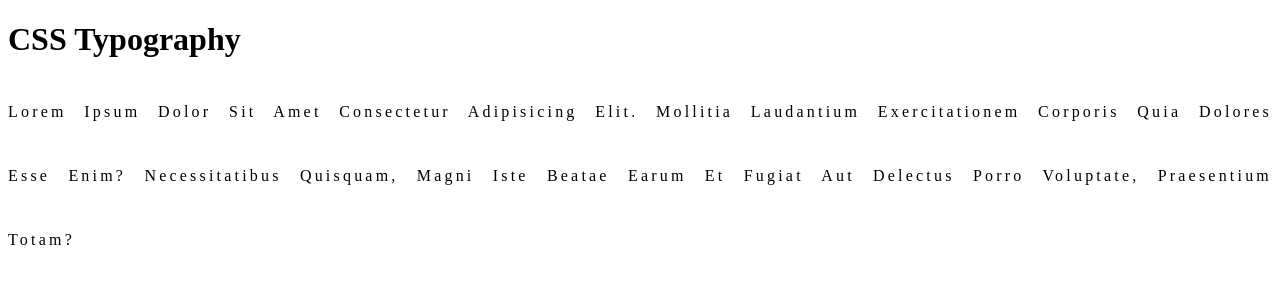
Repository: madhurik9999/Css
Page: index.html
The author's editor kept a copy of each file at every save. The page is drawn from the files as they stood at one save, then again after a run of saves.
The browser window is 1280 px wide. The pictures show the whole page.

Above is the page before, as saved 2023-12-10 13:30:40.

After the next 2 saves:
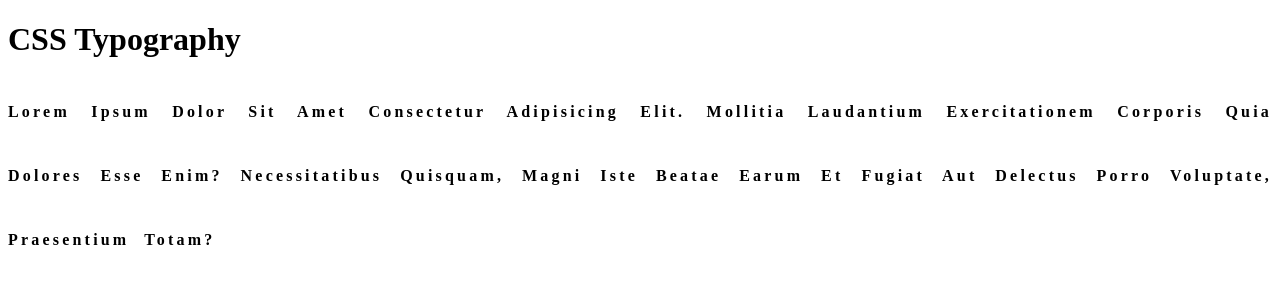
The 2 saves are shown as one change because they came seconds apart.
The last was saved 7 s later.
--- a/styles/style.css
+++ b/styles/style.css
@@ -19,5 +19,5 @@
     line-height: 4rem;
     letter-spacing: 0.2rem;
     word-spacing: 0.5rem;
-    font-weight: 100;
+    font-weight: 600;
 }

After the save that followed:
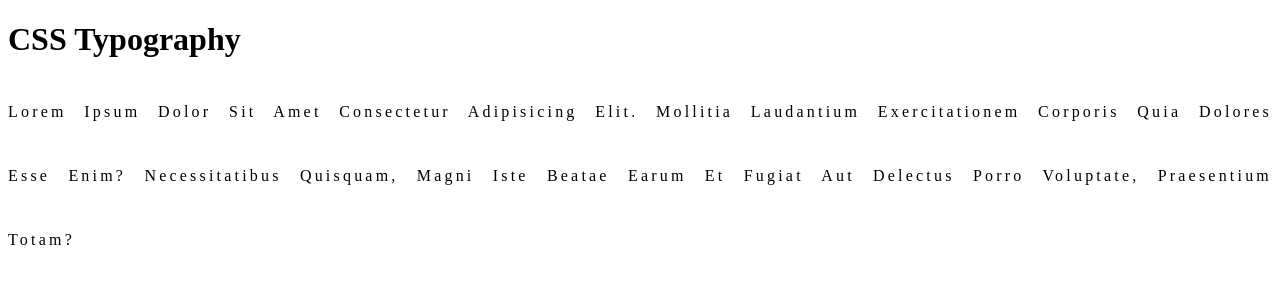
Saved 25 s later.
--- a/styles/style.css
+++ b/styles/style.css
@@ -19,5 +19,6 @@
     line-height: 4rem;
     letter-spacing: 0.2rem;
     word-spacing: 0.5rem;
-    font-weight: 600;
+    /* font-weight: 600; */
+    font-weight: lighter;
 }
